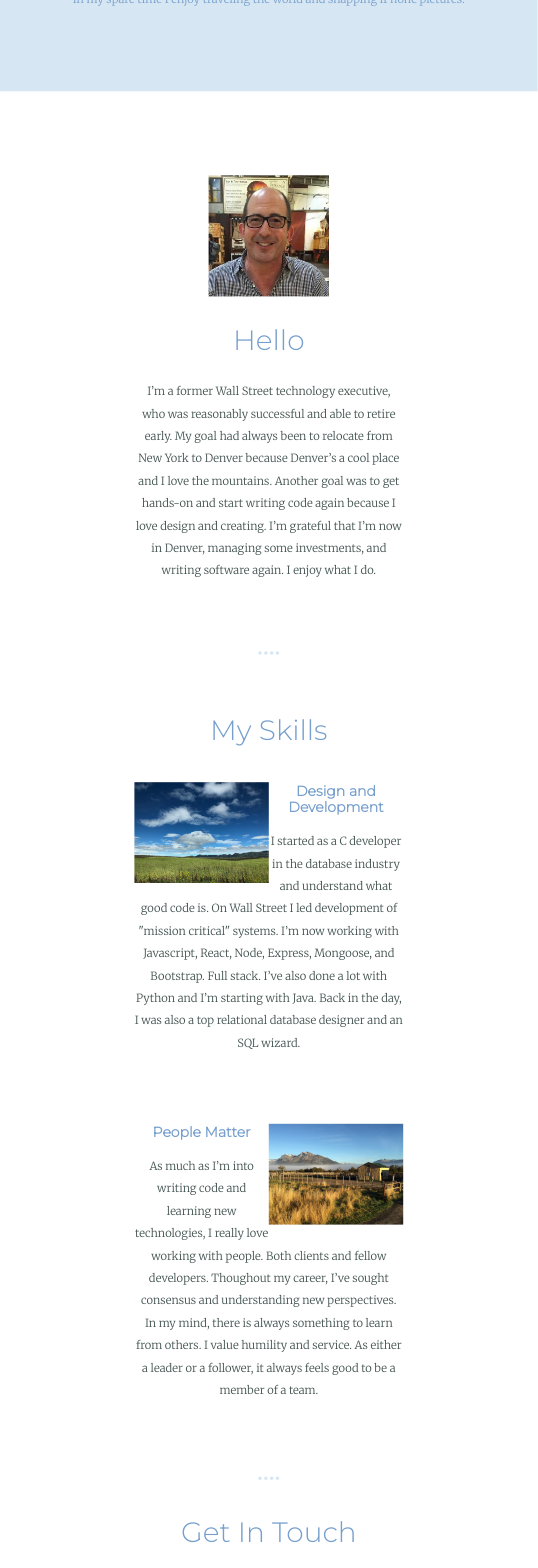
Repository: EpiTao-LLC/Personal_web_page
Page: index.html
The author's editor kept a copy of each file at every save. The page is drawn from the files as they stood at one save, then again after the next save.
The browser window is 768 px wide. The pictures show the part of the page from y = 729 to 2969 px (the page is 3584 px tall before and 3784 px after), at 70% of full size.

Above is the page before, as saved 2020-08-30 15:25:35.

### index.html
<!DOCTYPE html>
<html lang="en">
<head>
    <meta charset="UTF-8">
    <meta name="viewport" content="width=device-width, initial-scale=1.0">
    <title>Chris Larson</title>
    <link rel="stylesheet" href="css/styles.css">
    <link href="https://fonts.googleapis.com/css2?family=Merriweather:wght@300&family=Montserrat:wght@300&family=Sacramento&display=swap" rel="stylesheet">
    <link rel="apple-touch-icon" sizes="180x180" href="favicon_package_v0.16/apple-touch-icon.png">
    <link rel="icon" type="image/png" sizes="32x32" href="favicon_package_v0.16/favicon-32x32.png">
    <link rel="icon" type="image/png" sizes="16x16" href="favicon_package_v0.16/favicon-16x16.png">
    <link rel="manifest" href="favicon_package_v0.16/site.webmanifest">
    <link rel="mask-icon" href="favicon_package_v0.16/safari-pinned-tab.svg" color="#5bbad5">
    <meta name="msapplication-TileColor" content="#da532c">
    <meta name="theme-color" content="#ffffff">
</head>
<body>
    <div class = "top-container">
        <h1>I'm Chris</h1>
        <h2>a software developer</h2>
        <img class="cover-img" src="images/Boats in Cambodia.jpeg" alt="Boats in Cambodia image">
        <p>In my spare time I enjoy traveling the world and snapping iPhone pictures.</p>
      </div>
    <div class="middle-container">
        <div class="profile">
          <br>
          <img class="my-img" src="images/Holiday_Denmark.jpeg"  alt="Chris Pic">
          <h2>Hello</h2>
          <p>
            I’m a former Wall Street technology executive, who was reasonably successful and able to retire early.  My
            goal had always been to relocate from New York to Denver because Denver’s a cool place and I love the mountains.
            Another goal was to get hands-on and start writing code again because I love design and creating.   I’m grateful
            that I’m now in Denver, managing some investments, and writing software again.  I enjoy what I do.
            </p>
        </div>
        <hr>
        <div class="skills">
          <h2>My Skills</h2>
          <div class="skill-row">
            <img class="skills-img-1" src="images/Ecuador.JPEG" alt="Equador picture">
            <h3>Design and Development</h3>
            <p> I started as a C developer in the database industry and understand what good code is.  On Wall Street I led development
              of "mission critical" systems.  I’m now working with Javascript, React, Node, Express, Mongoose, and Bootstrap.  Full stack.
              I’ve also done a lot with Python and I’m starting with Java.  Back in the day, I was also a top relational
              database designer and an SQL wizard.

            </p>
          </div>
          <div class="skill-row">
            <img class="skills-img-2" src="images/Ranch in Patagonia.JPEG" alt="Ranch in Patagonia">
            <h3>People Matter</h3>
            <p>As much as I’m  into writing code and learning new technologies, I really love working with people.  Both
              clients and fellow developers.  Thoughout my career, I’ve sought consensus and understanding new perspectives.   In
              my mind, there is always something to learn from others.  I value humility and service.  As either a leader
              or a follower, it always feels good to be a member of a team.
            </p>
          </div>
        </div>
        <hr>
        <div class="contact-me">
          <h2>Get In Touch</h2>
          <h3>if you need some work done, to partner on a project, or just to share some travel photos and stories.</h3>
          <p class="contact-message">I’m new to Denver, still establishing myself both socially and professionally.  It would be great to hear from you.</p>
          <a class="btn" href="mailto:chris@calarsonllc.com">CONTACT ME</a>
        </div>
      </div>
      <div class="bottom-container">
        <a class="footer-link" href="https://www.linkedin.com/in/christopheralarson//">LinkedIn</a>
        <a class="footer-link" href="https://www.facebook.com/chris.larson">Facebook</a>
        <p class="copyright"> copyright © 2020 Chris Larson <br><br>
        <img class="logo-img" src="images/EpiTao_logo.jpg" alt="EpiTao logo">
        </p>
      </div>
</body>
</html>

### css/styles.css
body {
    margin: 0;
    text-align: center;
    font-family: 'Merriweather', serif;
    font-weight: normal;
    color:  #40514E;
}
h1 {
    margin: 0px auto 0 auto;
    font-family: 'Montserrat', sans-serif;
    font-size: 5rem;
    line-height: 2.0;
    color: #769FCD;
}
h2 {
    font-family: 'Montserrat', sans-serif;
    font-size: 2.5rem;
    font-weight: normal;
    color: #769FCD
}
h3 {
    font-family: 'Montserrat', sans-serif;
    /* font-size: 2rem; */
    font-weight: 900;
    color: #769FCD
}
p {
    line-height: 2;
}
hr {
    border-color:  #d6e6f2;
    border-width: 5px;
    border-style: dotted none none;
    height: 0px;
    width: 4%;
    margin: 100 auto 100 auto;
}
.top-container {
    background-color: #d6e6f2;
    color: #769FCD;
    position: relative;
    padding-top: 50px;
    padding-bottom: 100px;
}
.middle-container {
    margin-top: 100px;

}
.bottom-container {
    margin-top: 100px;
    padding: 30px 0 50px;
    font-size: 10px;
    background-color: #769FCD;
    color: #f7fbfc  ;
}
.profile{
    width: 50%;
    margin: 50px auto 100px auto;
    text-align: center;
}
.skills {
    margin-top: 50px;
}
.skill-row {
    width: 50%;
    margin: 50px auto 100px auto;
    text-align: left;
}
.contact-me {
    margin-top: 50px;
}
.contact-message {
    width: 40%;
    margin: 40px auto 60px;
}
.footer-link {
    font-size: 20px
}
.copyright {
    color: #b9d7ea;
    font-size: 0.5rem;
    padding: 20px 0;
}

.btn {
    background: #769FCD;
    background-image: -webkit-linear-gradient(top, #769FCD, #7A95C3);
    background-image: -moz-linear-gradient(top, #769FCD, #7A95C3);
    background-image: -ms-linear-gradient(top, #769FCD, #7A95C3);
    background-image: -o-linear-gradient(top, #769FCD, #7A95C3);
    background-image: linear-gradient(to bottom, #769FCD, #7A95C3);
    -webkit-border-radius: 8px;
    -moz-border-radius: 8px;
    border-radius: 8px;
    color: #FFFFFF;
    font-family: 'Montserrat', sans-serif;
    font-size: 14px;
    font-weight: 100;
    padding: 8px;
    border: solid #337FED 1px;
    text-decoration: none;
    display: inline-block;
    cursor: pointer;
    text-align: center;
}

.btn:hover {
    border: solid #337FED 1px;
    background: #7A95C3;
    background-image: -webkit-linear-gradient(top, #7A95C3, #769FCD);
    background-image: -moz-linear-gradient(top, #7A95C3, #769FCD);
    background-image: -ms-linear-gradient(top, #7A95C3, #769FCD);
    background-image: -o-linear-gradient(top, #7A95C3, #769FCD);
    background-image: linear-gradient(to bottom, #7A95C3, #769FCD);
    -webkit-border-radius: 7px;
    -moz-border-radius: 7px;
    border-radius: 7px;
    text-decoration: none;
}

a:link {
    font-family: 'Montserrat', sans-serif;
    text-decoration: none;
    color: #b9d7ea;
    margin: 10px 20px;

}
a:visited {
    color: #b9d7ea
}
a:hover{
    color: #f7fbfc
}
.cover-img {
    width: 60%;
    height: 60%;
    margin-bottom: 20px;
}
.my-img {
    width: 45%;
    height: 45%;
    float: fit-content;
}
.skills-img-1 {
    width: 40%;
    height: 40%;
    float: left;
    margin-right: 30px;
}
.skills-img-2 {
    width: 40%;
    height: 40%;
    float: right;
    margin-left: 30px;
}
.logo-img {
    width: 1.5%;
    height: 1.5%;
}

  /* Mobile Styling */

  @media (max-width: 780px) {
    h3 {
        /* font-family: 'Montserrat', sans-serif; */
        font-size: 1.25rem;
        /* font-weight: 900; */
        /* color: #769FCD */
    }
    .middle-container {
        text-align: center;
        position: relative;
        margin-top: 100px;

    }
    .skills {
        align-content: center;
    }
    .skill-row {
        width: 50%;
        margin: 50px auto 100px auto;
        text-align: center;
    }
    .skills-img-1 {
        width: 50%;
        height: 50%;
        float: fit-content;
        margin-left: 0px;
        margin-right: 0px;
        margin-bottom: 1rem;
    }
    .skills-img-2 {
        width: 50%;
        height: 50%;
        float: center;
        margin-left: 0px;
        margin-bottom: 1rem;
    }
    .bottom-container {
        text-align: center;
        margin-top: 100px;
        padding: 30px 0 50px;
        font-size: 10px;
        background-color: #769FCD;
        color: #f7fbfc  ;
    }
}

After the next save:
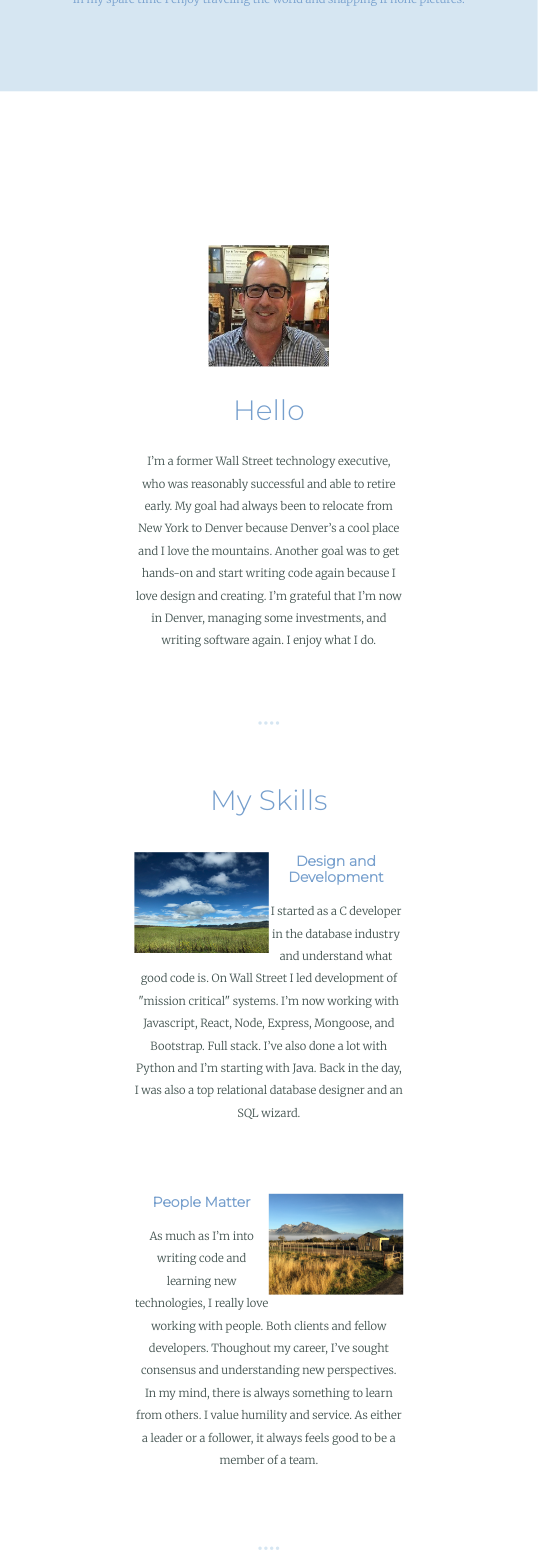
Saved 3 min 24 s later.
--- a/css/styles.css
+++ b/css/styles.css
@@ -20,7 +20,6 @@
 }
 h3 {
     font-family: 'Montserrat', sans-serif;
-    /* font-size: 2rem; */
     font-weight: 900;
     color: #769FCD
 }
@@ -162,15 +161,14 @@
 
   @media (max-width: 780px) {
     h3 {
-        /* font-family: 'Montserrat', sans-serif; */
         font-size: 1.25rem;
-        /* font-weight: 900; */
-        /* color: #769FCD */
     }
     .middle-container {
         text-align: center;
+        margin-top: 100px;
         position: relative;
-        margin-top: 100px;
+        padding-top: 50px;
+        padding-bottom: 100px;
 
     }
     .skills {

After the save that followed:
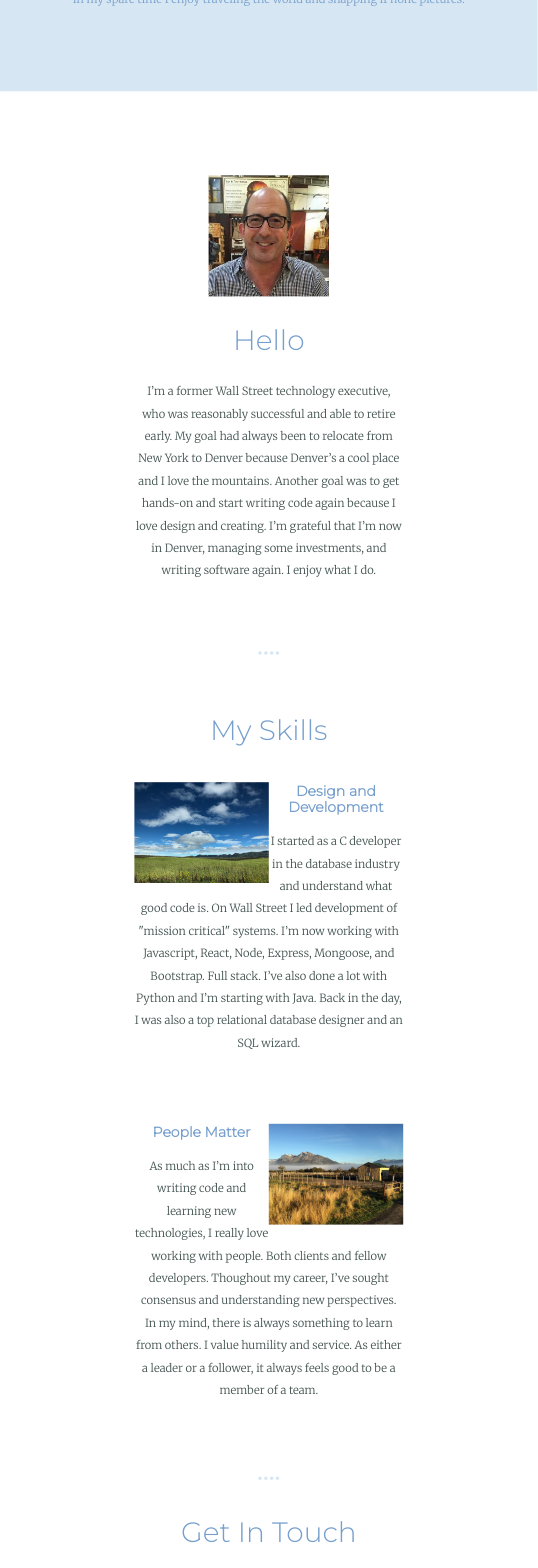
Saved 24 s later.
--- a/css/styles.css
+++ b/css/styles.css
@@ -165,10 +165,9 @@
     }
     .middle-container {
         text-align: center;
+        position: relative;
         margin-top: 100px;
-        position: relative;
-        padding-top: 50px;
-        padding-bottom: 100px;
+
 
     }
     .skills {
